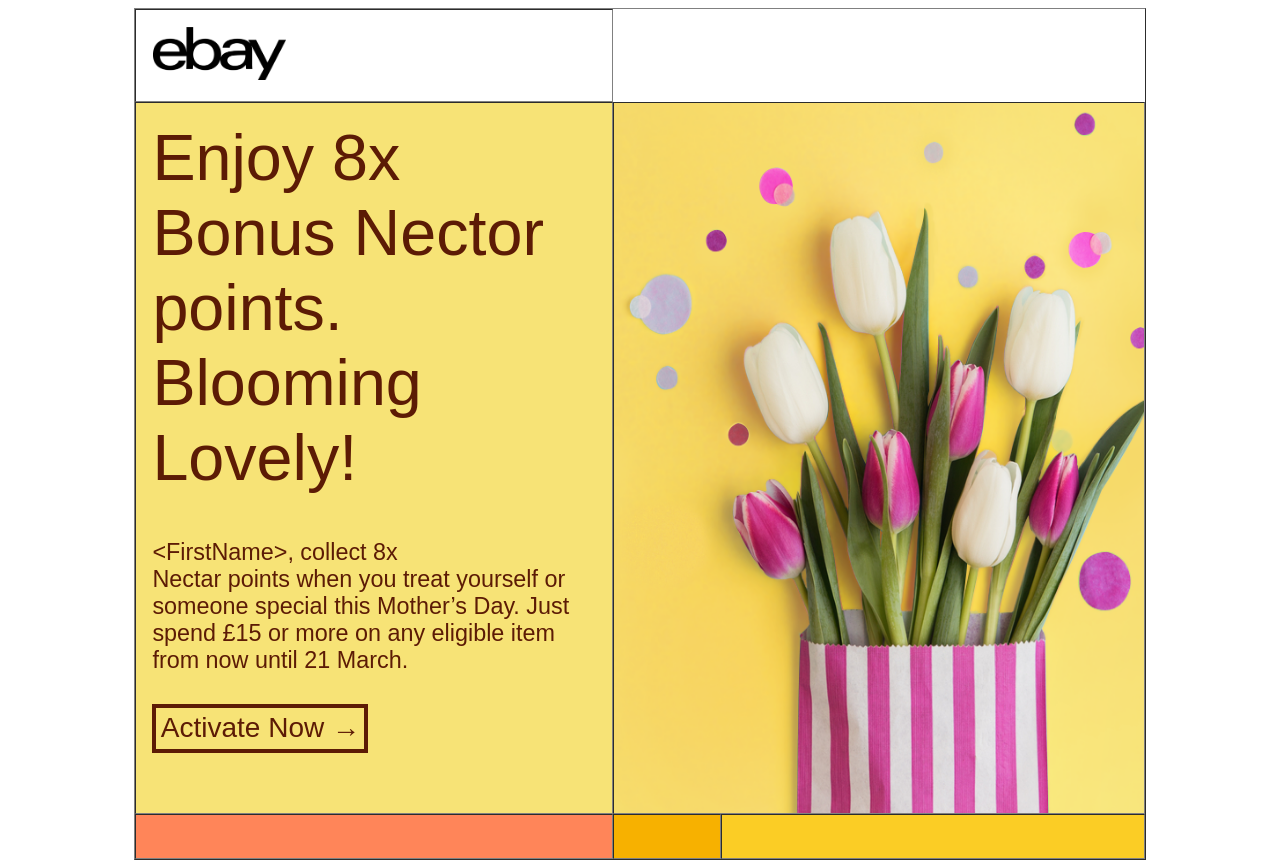
Repository: AnkurDevv/feed-dev-test
Page: index.html
An editor plug-in stored every save of this project. The page is shown before and after the next save, followed by the edit.
The browser window is 1280 px wide. The pictures show the whole page.

Above is the page before, as saved 2020-03-29 07:05:51.

After the next save:
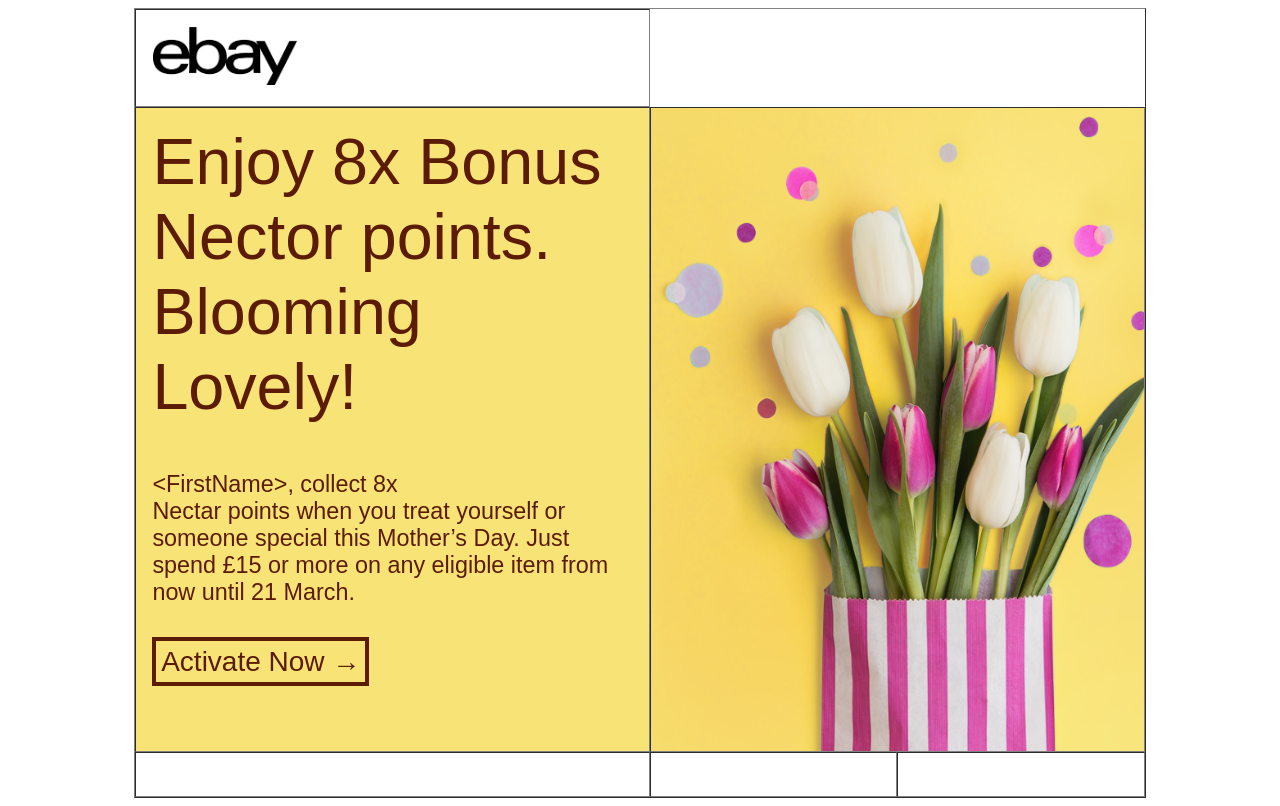
Saved 2 min 55 s later.
--- a/style/index.css
+++ b/style/index.css
@@ -69,17 +69,17 @@
   height: 45px;
 }
 
- #divCol1{
+ #Rectangle1{
   background-color: #ff8559;
   width: 44%;
   height: 26px;
 }
-#divCol2{
+#Rectangle2{
   background-color: #f7b100;
   height: 100%;
   width:10% ;
 }
-#divCol3{
+#Rectangle3{
   background-color: #fbcd25;
 }
 /* HERO DIVIDER CSS - END */
@@ -101,5 +101,6 @@
     width: 100%;
     height: 221px;
   }
+
 }
 /* MAKING EMAIL RESPONSIVE CSS - END */

After the save that followed:
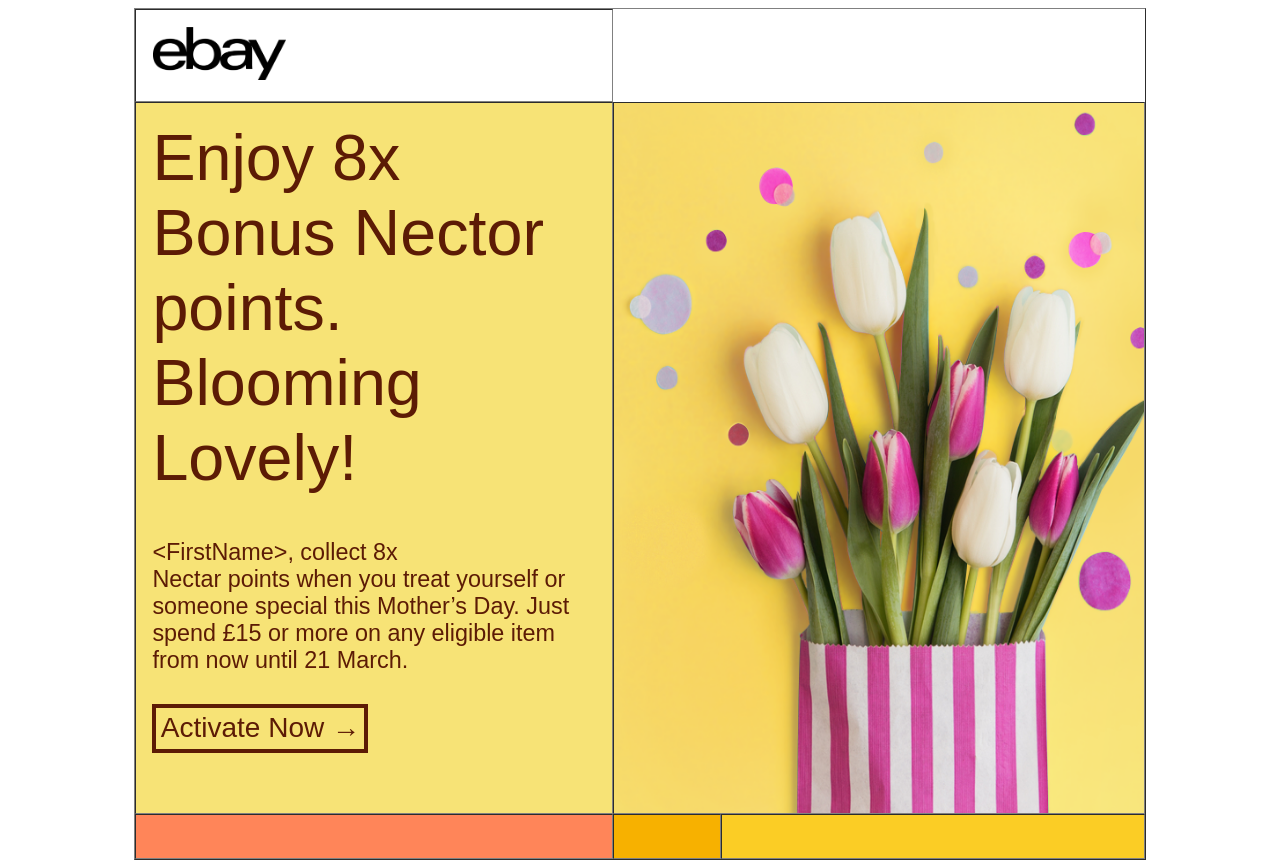
Saved 1 s later.
--- a/index.html
+++ b/index.html
@@ -83,15 +83,15 @@
     <tr id="dividerContainer">
       <!-- <td id="divRibbion" colspan="2"> -->
       <!-- RECTANGLE 1 -->
-      <td id="divCol1">
+      <td id="Rectangle1">
 
       </td>
       <!-- RECTANGLE 2 -->
-      <td id="divCol2">
+      <td id="Rectangle2">
 
       </td>
       <!-- RECTANGLE 3 -->
-      <td id="divCol3">
+      <td id="Rectangle3">
 
       </td>
       <!-- </td> -->
